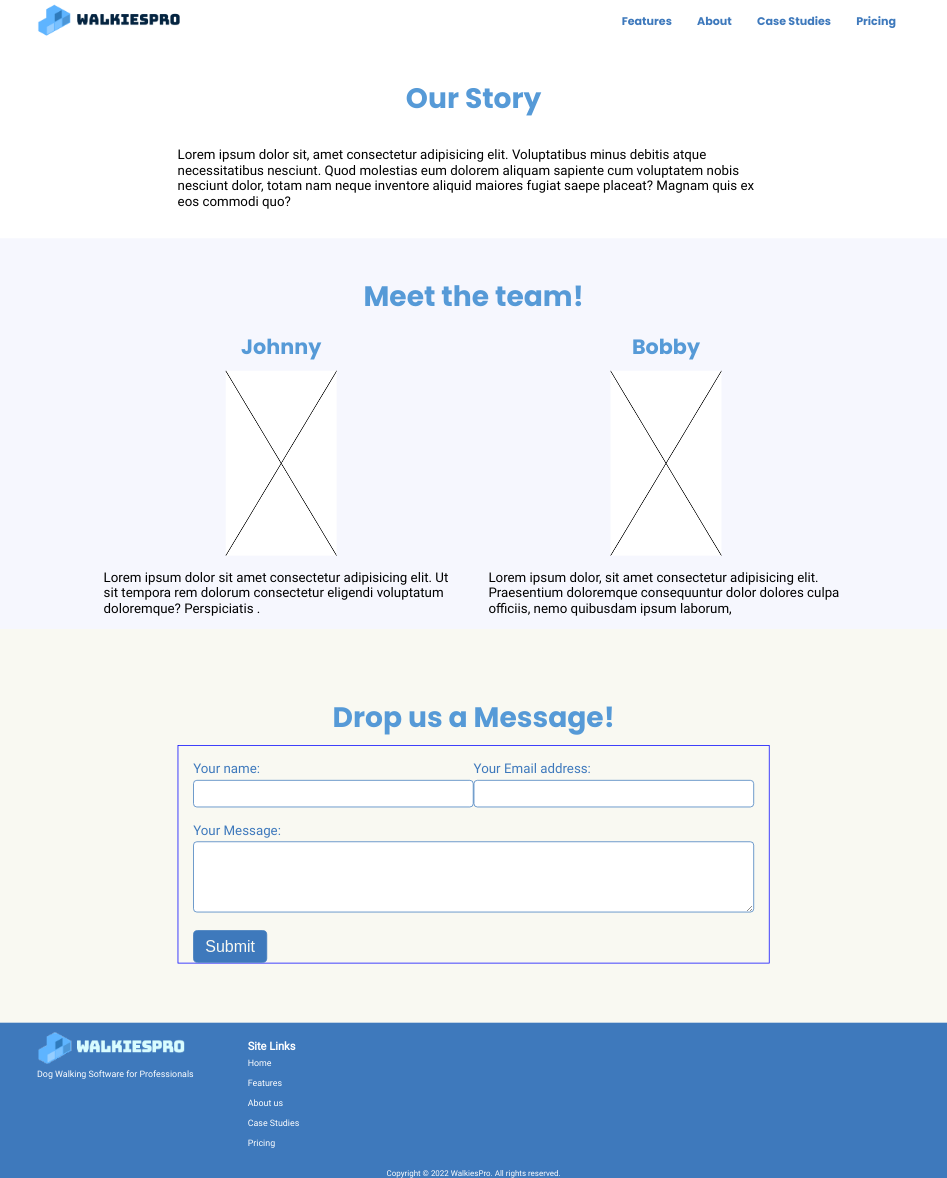
Repository: StevieC87/LAYOUT4
Page: about-us.html
The author's editor kept a copy of each file at every save. The page is drawn from the files as they stood at one save, then again after a run of saves.
The browser window is 1280 px wide. The pictures show the whole page, at 74% of full size.

Above is the page before, as saved 2022-01-04 22:09:44.

After the next 2 saves:
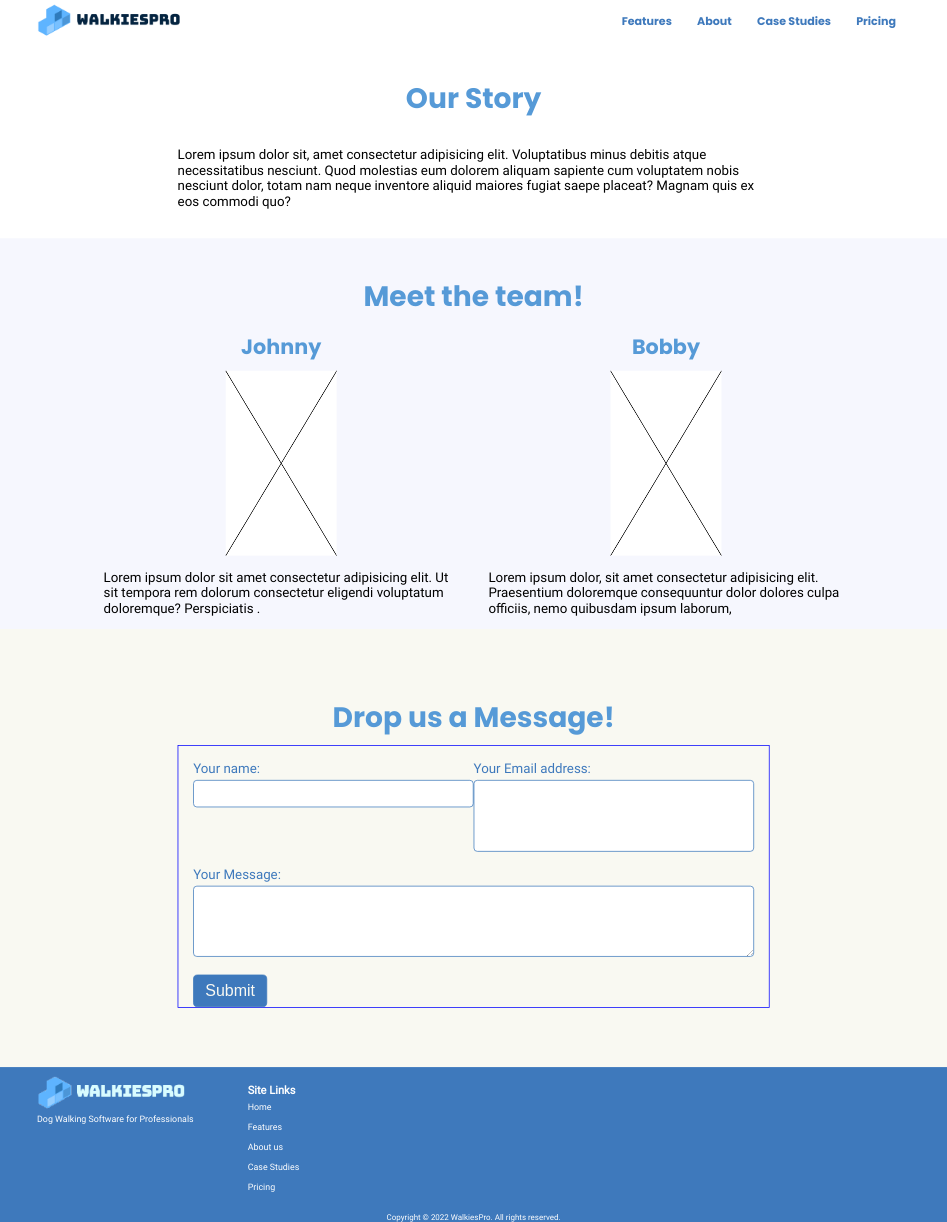
The 2 saves are shown as one change because they came seconds apart.
The last was saved 11 s later.
--- a/css/aboutus.css
+++ b/css/aboutus.css
@@ -93,7 +93,7 @@
   border: 1px solid var(--myblue);
   padding: 10px;
 }
-.emailnamediv > input {
+.emaildiv > input {
   padding: 40px;
 }
 /* .yournamediv > input:nth-child(2) {

After the save that followed:
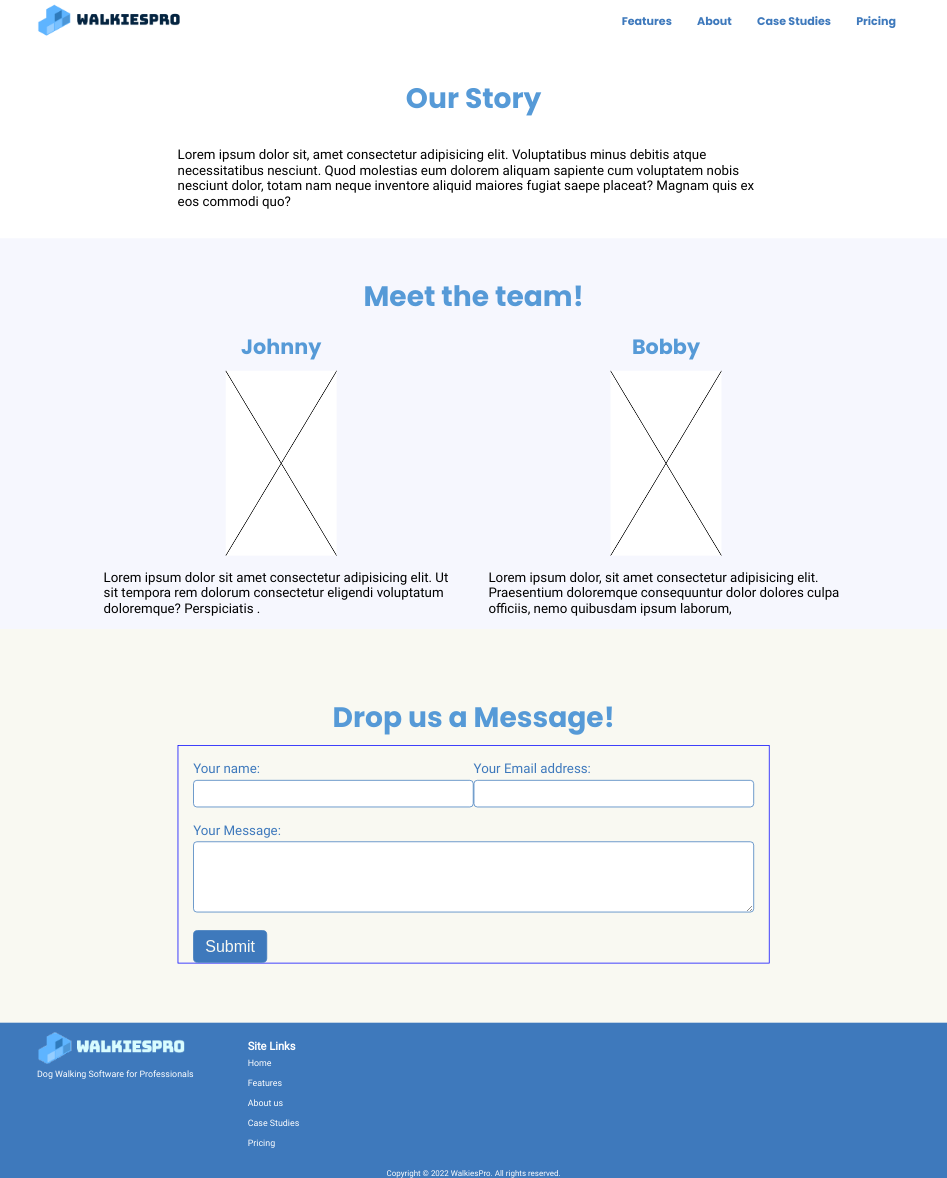
Saved 34 s later.
--- a/css/aboutus.css
+++ b/css/aboutus.css
@@ -65,6 +65,7 @@
   border: 1px solid blue;
   display: grid;
   grid-template-columns: 1fr;
+  grid-grap: 10px;
 }
 .textareadiv2 {
   grid-column: 1/-1;
@@ -93,9 +94,9 @@
   border: 1px solid var(--myblue);
   padding: 10px;
 }
-.emaildiv > input {
-  padding: 40px;
-}
+/* e.maildiv > input {
+  margin-lkef: 40px;
+} */
 /* .yournamediv > input:nth-child(2) {
   margin-left: 10px;
 } */
